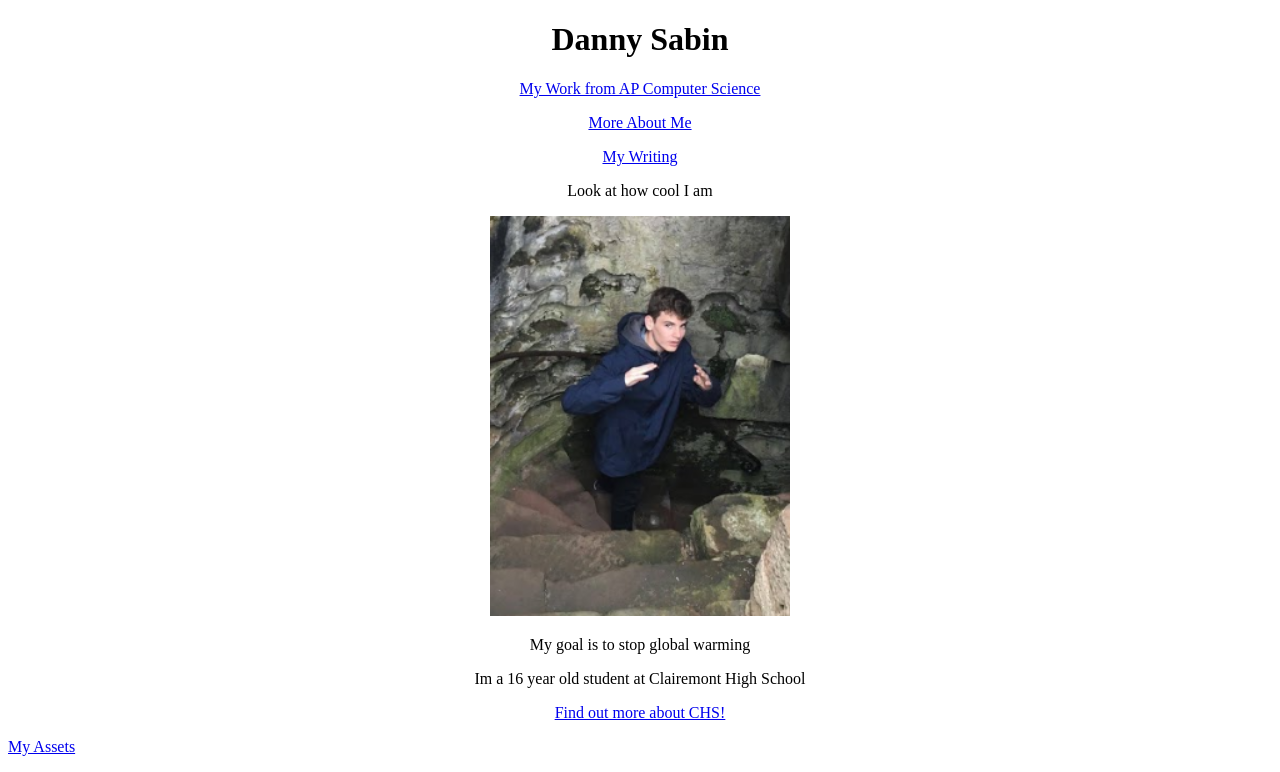
Repository: Danny3212/Danny3212.github.io
Page: index.html
The author's editor kept a record of every edit. The page is drawn from the files as they stood at one moment, then again after the next edit.
The browser window is 1280 px wide. The pictures show the whole page.

Above is the page before.

### index.html
<!DOCTYPE html>
<html>
<body>
<h1 style="text-align:center;">Danny Sabin</h1>
<p style="text-align:center;"><a href="apcs.html">My Work from AP Computer Science</a></p>
<p style="text-align:center;"><a href="danny.html">More About Me</a></p>
<p style="text-align:center;"><a href="writing.html">My Writing</a></p>


<p style="text-align:center;">Look at how cool I am</p>
<p style="text-align:center;"><img src="images/Danny background.PNG" alt="Karate Man" width="300" height="400"></p>
<p style="text-align:center;">My goal is to stop global warming</p>
<p style="text-align:center;">Im a 16 year old student at Clairemont High School</p>
<p style="text-align:center;"><a href="https://www.sandiegounified.org/schools/clairemont/" target="_blank"> Find out more about CHS!</a></p>
<p><a href="https://docs.google.com/document/d/e/2PACX-1vQAGUAgisN4TRKYPIUpKLUPrpMDi7lxFaq68hCBITjHddJfacZvkRXKvbqyEE8yYlsWkW858wqS0Jxj/pub">My Assets</a></p>
</body>
</html>

After the next edit:
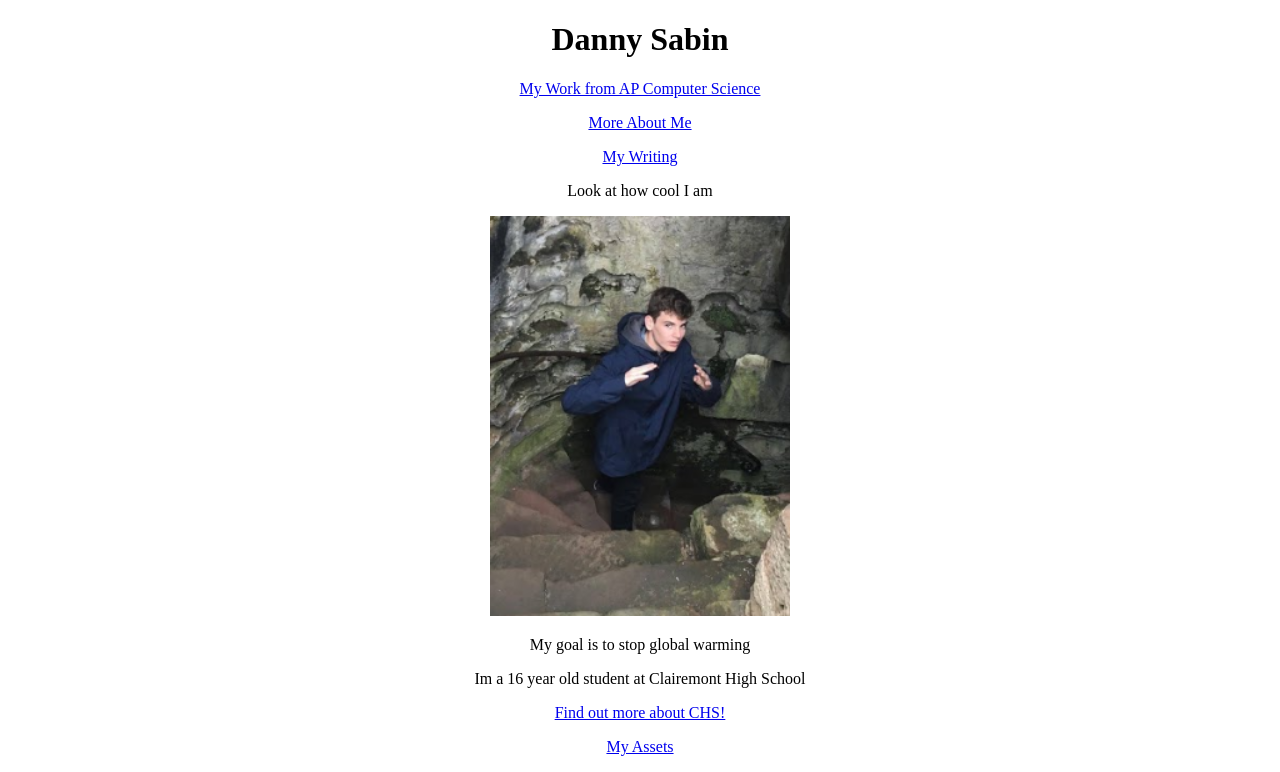
The edit:
--- a/index.html
+++ b/index.html
@@ -1,6 +1,7 @@
 <!DOCTYPE html>
 <html>
 <body>
+    <center>
 <h1 style="text-align:center;">Danny Sabin</h1>
 <p style="text-align:center;"><a href="apcs.html">My Work from AP Computer Science</a></p>
 <p style="text-align:center;"><a href="danny.html">More About Me</a></p>
